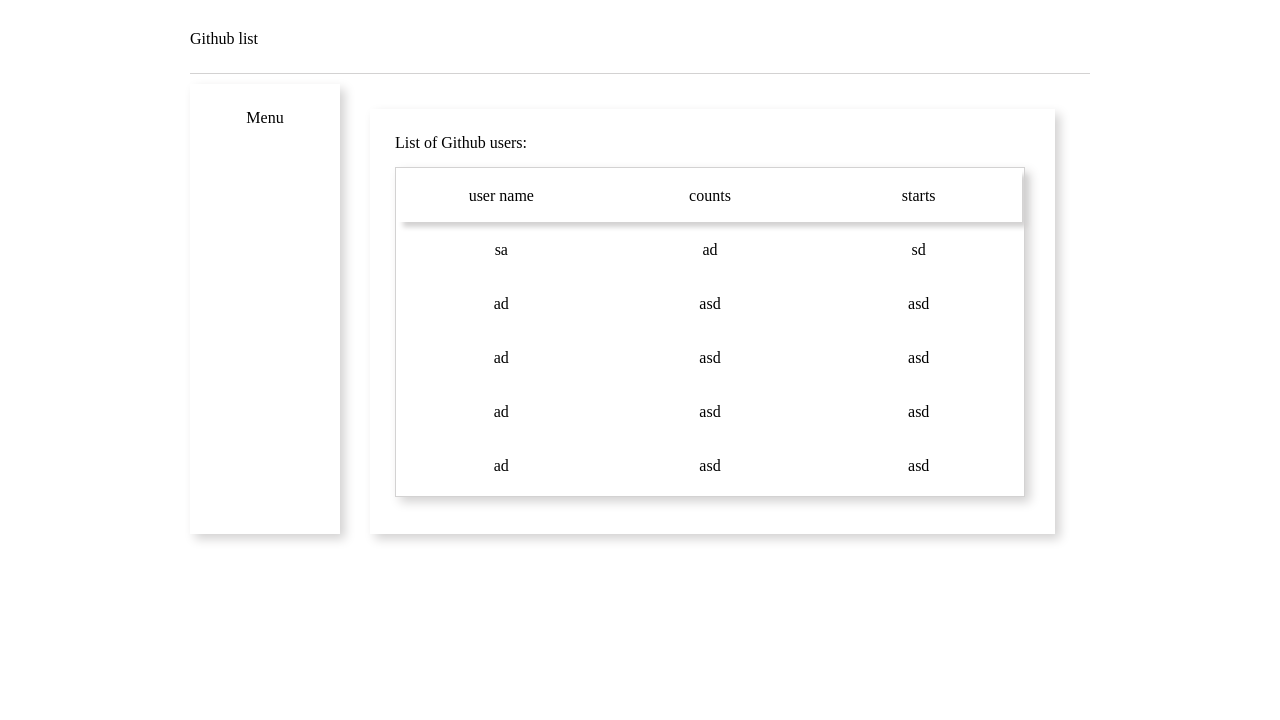
Repository: SzymonRoche/gitStars
Page: index.html
The author's editor kept a copy of each file at every save. The page is drawn from the files as they stood at one save, then again after a run of saves.
The browser window is 1280 px wide. The pictures show the whole page.

Above is the page before, as saved 2020-02-15 18:49:09.
Console error: ReferenceError: i is not defined

### index.html
<!DOCTYPE html>
<html lang="en">

<head>
  <meta charset="UTF-8">
  <meta name="viewport" content="width=device-width, initial-scale=1.0">
  <link rel="stylesheet" type="text/css" href="style.css">
  <link href="https://fonts.googleapis.com/css?family=Roboto" rel="stylesheet">
  <meta http-equiv="X-UA-Compatible" content="ie=edge">
  <title>Github List</title>
</head>

<body class="app">

  <div class="title"> Github list </div>
  <div class="aside"> Menu </div>
  <div class="content"> List of Github users:
    <table class="my-table">


        <TR class="firts"> <TD> user name </TD><TD> counts </TD><TD> starts </TD></TR>

        <TR> <TD> sa</TD><TD> ad</TD><TD> sd</TD></TR>
        <TR> <TD>ad </TD><TD> asd</TD><TD> asd</TD></TR>
        <TR> <TD>ad </TD><TD> asd</TD><TD> asd</TD></TR>
        <TR> <TD>ad </TD><TD> asd</TD><TD> asd</TD></TR>
        <TR> <TD>ad </TD><TD> asd</TD><TD> asd</TD></TR>


    </table>
  </div>

</body>
<script src="main.js" type="module"></script>
</html>

### style.css
.app{

    width: 900px;
    height: 500px;
    margin: 0 auto;
}


.title{
    margin-top: 30px;
    margin-bottom: 10px;
    padding-bottom: 25px;
    border-bottom: 1px solid  rgb(211, 210, 210);
}

.aside{
    display: block;
    width: 150px;
    height: 425px;
    padding-top: 25px;
    text-align: center;
    float:left;
    box-shadow: rgb(211, 210, 210) 5px 5px 10px;
}

.content{
    display: block;
    padding-top: 25px;
    padding-left: 25px;
    width: 660px;
    height: 400px;
    margin: 35px 20%;
    box-shadow: rgb(211, 210, 210) 5px 5px 10px;

}

.my-table{
    display: block;
    width: 630px;
    height: 330px;
    margin: 15px auto 0px 0;
    box-shadow: rgb(211, 210, 210) 5px 5px 10px;
    border: 1px solid rgb(211, 210, 210);

}

td{
    width: 210px;
    height: 50px;
    text-align: center;

}

.firts{
    box-shadow: rgb(211, 210, 210) 5px 5px 5px;
    border-bottom: 5px solid red;
}

### main.js
import  userNames  from "./users.js";
import tabela from "./tabele.js";
i = 0;
function CreateTabele(nr) {


    for(i = 0; i<7; i++){
    const tab = document.querySelector(".my-table");
    const tabela = tab.insertRow(nr);

    const topLeft = tabela.insertCell(0);
    const topMiddle = tabela.insertCell(1);
    const TopRight = tabela.insertCell(2);

    topLeft.innerHTML = "USERNAME"
    topMiddle.innerHTML = "COUNTS"
    TopRight.innerHTML = "STARS"
}
    };

CreateTabele(0);

console.log(tabela);

### users.js
const userNames = () => {
    // All users that you need to display.
    console.log(`wyświetla userNames`)
    return ['yyx990803', 'toddmotto', 'johnpapa', 'angular', 'facebook', 'vuejs']
};



export default () => {
    userNames()
};

### tabele.js

const tabela = ["dick", "rick","majk"]






export default tabela ;

After the next 4 saves:
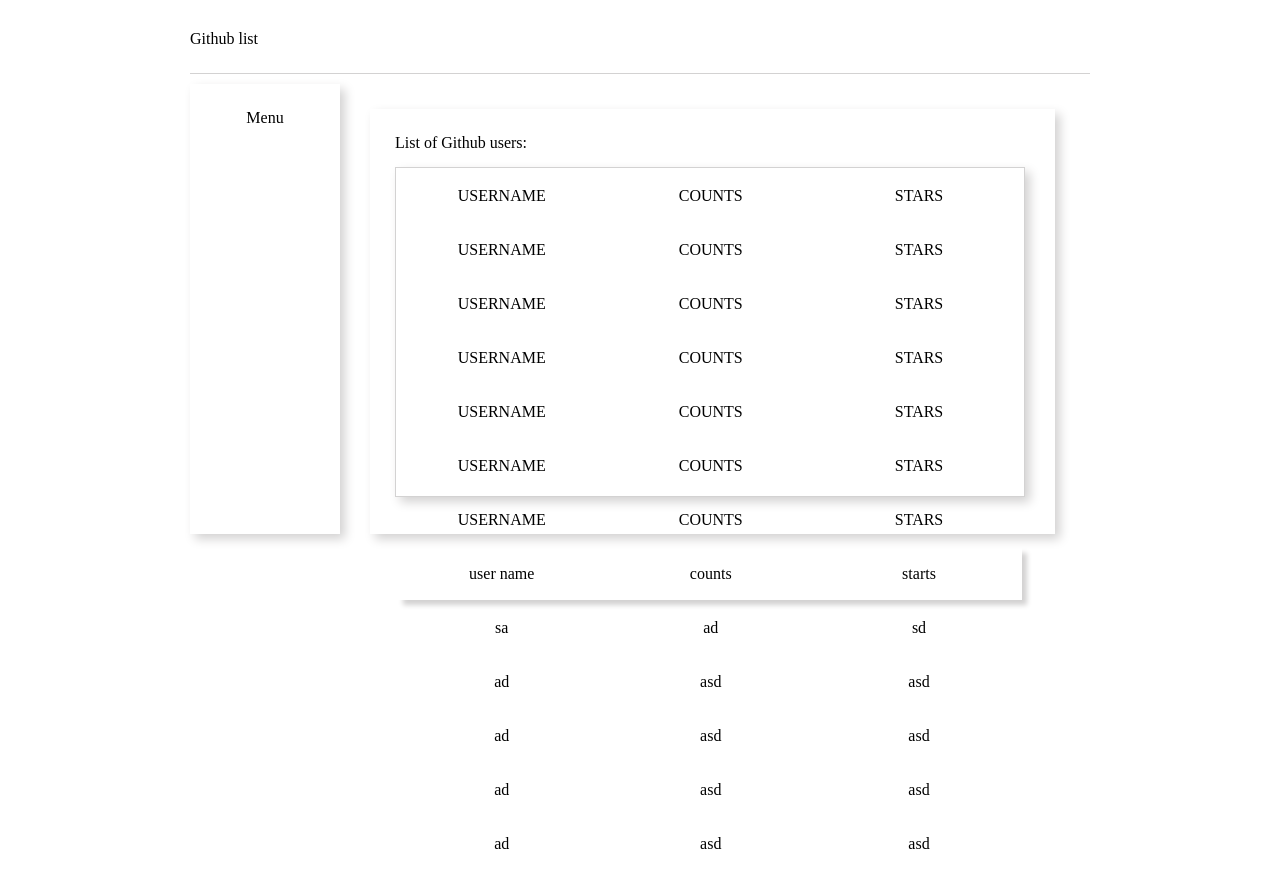
The error is gone.
The 4 saves are shown as one change because they came seconds apart.
The last was saved 14 s later.
--- a/main.js
+++ b/main.js
@@ -1,9 +1,9 @@
 import  userNames  from "./users.js";
 import tabela from "./tabele.js";
-i = 0;
+
 function CreateTabele(nr) {
 
-
+    let i = 0;
     for(i = 0; i<7; i++){
     const tab = document.querySelector(".my-table");
     const tabela = tab.insertRow(nr);
